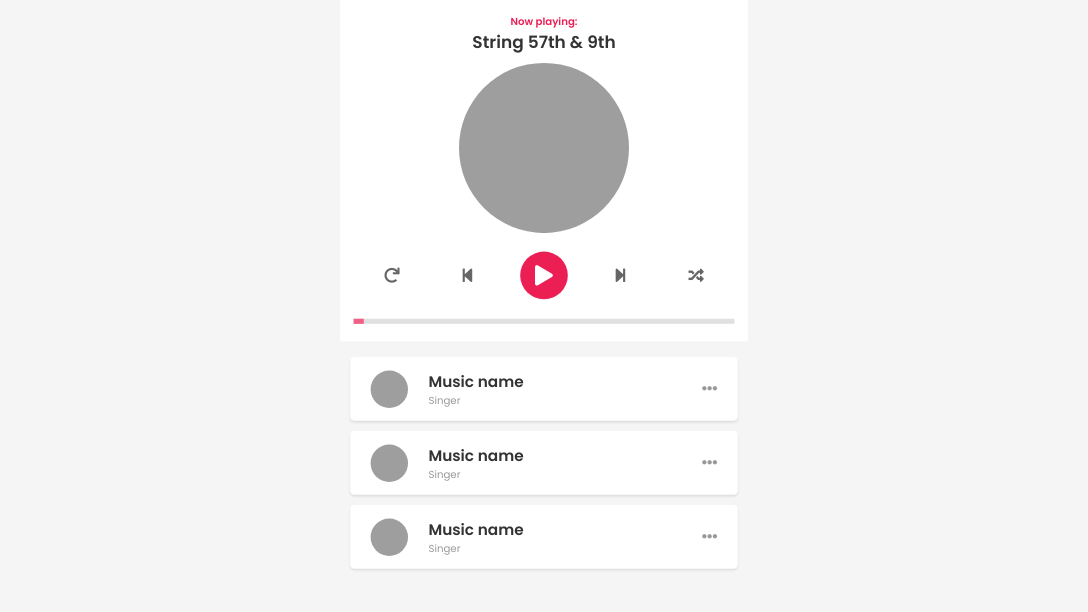
Repository: ahihison/MusicPlayer
Page: index.html
The author's editor kept a copy of each file at every save. The page is drawn from the files as they stood at one save, then again after a run of saves.
The browser window is 1280 px wide. The pictures show the whole page, at 85% of full size.
Pictures or frames that could not be fetched are drawn as grey boxes.

Above is the page before, as saved 2022-08-24 10:45:35.
Console error: SyntaxError: Unexpected token '}'

### index.html
<!DOCTYPE html>
<html lang="en">
<head>
    <meta charset="UTF-8">
    <meta http-equiv="X-UA-Compatible" content="IE=edge">
    <meta name="viewport" content="width=device-width, initial-scale=1.0">
    <title>Music player</title>
    <link rel="stylesheet" href="https://cdnjs.cloudflare.com/ajax/libs/font-awesome/5.15.2/css/all.min.css" integrity="sha512-HK5fgLBL+xu6dm/Ii3z4xhlSUyZgTT9tuc/hSrtw6uzJOvgRr2a9jyxxT1ely+B+xFAmJKVSTbpM/CuL7qxO8w==" crossorigin="anonymous" />
    <link rel="preconnect" href="https://fonts.gstatic.com">
    <link href="https://fonts.googleapis.com/css2?family=Poppins:wght@300;400;600&display=swap" rel="stylesheet">
    <link rel="stylesheet" href="./asetss/css/style.css">


</head>
<body>


<div class="player">
  <!-- Dashboard -->
  <div class="dashboard">
    <!-- Header -->
    <header>
      <h4>Now playing:</h4>
      <h2>String 57th & 9th</h2>
    </header>

    <!-- CD -->
    <div class="cd">
      <div class="cd-thumb" style="background-image: url('https://i.ytimg.com/vi/jTLhQf5KJSc/maxresdefault.jpg')">
      </div>
    </div>

    <!-- Control -->
    <div class="control">
      <div class="btn btn-repeat">
        <i class="fas fa-redo"></i>
      </div>
      <div class="btn btn-prev">
        <i class="fas fa-step-backward"></i>
      </div>
      <div class="btn btn-toggle-play">
        <i class="fas fa-pause icon-pause"></i>
        <i class="fas fa-play icon-play"></i>
      </div>
      <div class="btn btn-next">
        <i class="fas fa-step-forward"></i>
      </div>
      <div class="btn btn-random">
        <i class="fas fa-random"></i>
      </div>
    </div>

    <input id="progress" class="progress" type="range" value="0" step="1" min="0" max="100">

    <audio id="audio" src=""></audio>
  </div>

  <!-- Playlist -->
  <div class="playlist">
    <div class="song">
      <div class="thumb" style="background-image: url('https://i.ytimg.com/vi/jTLhQf5KJSc/maxresdefault.jpg')">
      </div>
      <div class="body">
        <h3 class="title">Music name</h3>
        <p class="author">Singer</p>
      </div>
      <div class="option">
        <i class="fas fa-ellipsis-h"></i>
      </div>
    </div>
    <div class="song">
      <div class="thumb" style="background-image: url('https://i.ytimg.com/vi/jTLhQf5KJSc/maxresdefault.jpg')">
      </div>
      <div class="body">
        <h3 class="title">Music name</h3>
        <p class="author">Singer</p>
      </div>
      <div class="option">
        <i class="fas fa-ellipsis-h"></i>
      </div>
    </div>
    <div class="song">
      <div class="thumb" style="background-image: url('https://i.ytimg.com/vi/jTLhQf5KJSc/maxresdefault.jpg')">
      </div>
      <div class="body">
        <h3 class="title">Music name</h3>
        <p class="author">Singer</p>
      </div>
      <div class="option">
        <i class="fas fa-ellipsis-h"></i>
      </div>
    </div>
  </div>
</div>
<link rel="stylesheet" href="./asetss/img/img1.jpg">
<!-- Design from: https://static.collectui.com/shots/3671744/musicloud-revolutionary-app-for-music-streaming-large -->
<script>
const $ = document.querySelector.bind(document);
const $$ = document.querySelectorAll.bind(document);
const app ={
  currrentIndex: 0,
  songs : [
      {
        name:'Nevada',
        singer:'Vicetone',
        path: './asetss/music/Song1.mp3',
        image:"./asetss/img/img1.jpg"
      },
      {
        name:'SummerTime',
        singer:'K-391',
        path: './asetss/music/Song2.mp3',
        image:"./asetss/img/img2.jpg"
      },
      {
        name:'TheRiver',
        singer:'Axel Johansson',
        path: './asetss/music/Song3.mp3',
        image:"./asetss/img/img3.jpg"
      },
      {
        name:'Reality',
        singer:'Lost Frequencies',
        path: './asetss/music/Song4.mp3',
        image:"./asetss/img/img4.jpg"
      },
      {
        name:'Loi Nho',
        singer:'Den Vau',
        path: './asetss/music/Song5.mp3',
        image:"./asetss/img/img5.jpg"
      },
      {
        name:'Noi Nay Co Anh',
        singer:'Son Tung',
        path: './asetss/music/Song6.mp3',
        image:"./asetss/img/img6.jpg"
      },
      {
        name:'Attention',
        singer:'Charlie Puth',
        path: './asetss/music/Song7.mp3',
        image:"./asetss/img/img7.jpg"
      },
      {
        name:'Alone',
        singer:'Alan Walker',
        path: './asetss/music/Song8.mp3',
        image:"./asetss/img/img8.jpg"
      },
      {
        name:'Mot Trieu Like',
        singer:'Den Vau',
        path: './asetss/music/Song9.mp3',
        image:"./asetss/img/img9.jpg"
      },
      {
        name:'We don\'t talk anymore',
        singer:'Charlie Puth',
        path: './asetss/music/Song10.mp3',
        image:"./asetss/img/img10.jpg"
      },




  ],

  render:function(){


    const htmls = this.songs.map(song =>{
      return` <div class="song">
      <div class="thumb" style="background-image: url('${song.image}')">
      </div>
      <div class="body">
        <h3 class="title">${song.name}</h3>
        <p class="author">${song.singer}</p>
      </div>
      <div class="option">
        <i class="fas fa-ellipsis-h"></i>
      </div>
    </div>`

    });
    $('.playlist').innerHTML = htmls.join('');



  },
  defineProperties :function(){
    Object.defineProperty(this,'currrentSong',{
      get: function()
      {return this.songs[this.currrentIndex]}
    })

  },
  loadCurrentSong :function(){
const header = $('header h2').


  },
  handleEvents :function(){
    const cd = $('.cd');
    const cdWidth = cd.offsetWidth;
    document.onscroll = function(){
       const scrollTop = window.scrollY || document.documentElement.scrollTop;

       const newCdWidth = cdWidth - scrollTop;
       cd.style.width = newCdWidth >0 ? newCdWidth + 'px' : 0;
       cd.style.opacity = newCdWidth / cdWidth;
    }

  },

  start: function(){
    // định nghĩa các thuộc tính cho object

    this.defineProperties();

    // Lắng nghe / xử lí các sự kiện (DOM events)
    this.handleEvents();
    //Tải Thông tin bài hát đầu tiên vào UI khi chạy ứng dụng
    this.loadCurrentSong();

    //Render Playlist
    this.render();

  },

}

app.start();

</script>
</body>
</html>

### asetss/css/style.css
:root {
    --primary-color: #ec1f55;
    --text-color: #333;
  }

  * {
    padding: 0;
    margin: 0;
    box-sizing: inherit;
  }

  body {
    background-color: #f5f5f5;
  }

  html {
    box-sizing: border-box;
    font-family: "Poppins", sans-serif;
  }

  .player {
    position: relative;
    max-width: 480px;
    margin: 0 auto;
  }

  .player .icon-pause {
    display: none;
  }

  .player.playing .icon-pause {
    display: inline-block;
  }

  .player.playing .icon-play {
    display: none;
  }

  .dashboard {
    padding: 16px 16px 14px;
    background-color: #fff;
    position: fixed;
    top: 0;
    width: 100%;
    max-width: 480px;
    border-bottom: 1px solid #ebebeb;
  }

  /* HEADER */
  header {
    text-align: center;
    margin-bottom: 10px;
  }

  header h4 {
    color: var(--primary-color);
    font-size: 12px;
  }

  header h2 {
    color: var(--text-color);
    font-size: 20px;
  }

  /* CD */
  .cd {
    display: flex;
    margin: auto;
    width: 200px;
  }

  .cd-thumb {
    width: 100%;
    padding-top: 100%;
    border-radius: 50%;
    background-color: #333;
    background-size: cover;
    margin: auto;
  }

  /* CONTROL */
  .control {
    display: flex;
    align-items: center;
    justify-content: space-around;
    padding: 18px 0 8px 0;
  }

  .control .btn {
    color: #666;
    padding: 18px;
    font-size: 18px;
  }

  .control .btn.active {
    color: var(--primary-color);
  }

  .control .btn-toggle-play {
    width: 56px;
    height: 56px;
    border-radius: 50%;
    font-size: 24px;
    color: #fff;
    display: flex;
    align-items: center;
    justify-content: center;
    background-color: var(--primary-color);
  }

  .progress {
    width: 100%;
    -webkit-appearance: none;
    height: 6px;
    background: #d3d3d3;
    outline: none;
    opacity: 0.7;
    -webkit-transition: 0.2s;
    transition: opacity 0.2s;
  }

  .progress::-webkit-slider-thumb {
    -webkit-appearance: none;
    appearance: none;
    width: 12px;
    height: 6px;
    background-color: var(--primary-color);
    cursor: pointer;
  }

  /* PLAYLIST */
  .playlist {
    margin-top: 408px;
    padding: 12px;
  }

  .song {
    display: flex;
    align-items: center;
    margin-bottom: 12px;
    background-color: #fff;
    padding: 8px 16px;
    border-radius: 5px;
    box-shadow: 0 2px 3px rgba(0, 0, 0, 0.1);
  }

  .song.active {
    background-color: var(--primary-color);
  }

  .song:active {
    opacity: 0.8;
  }

  .song.active .option,
  .song.active .author,
  .song.active .title {
    color: #fff;
  }

  .song .thumb {
    width: 44px;
    height: 44px;
    border-radius: 50%;
    background-size: cover;
    margin: 0 8px;
  }

  .song .body {
    flex: 1;
    padding: 0 16px;
  }

  .song .title {
    font-size: 18px;
    color: var(--text-color);
  }

  .song .author {
    font-size: 12px;
    color: #999;
  }

  .song .option {
    padding: 16px 8px;
    color: #999;
    font-size: 18px;
  }

After the next 15 saves:
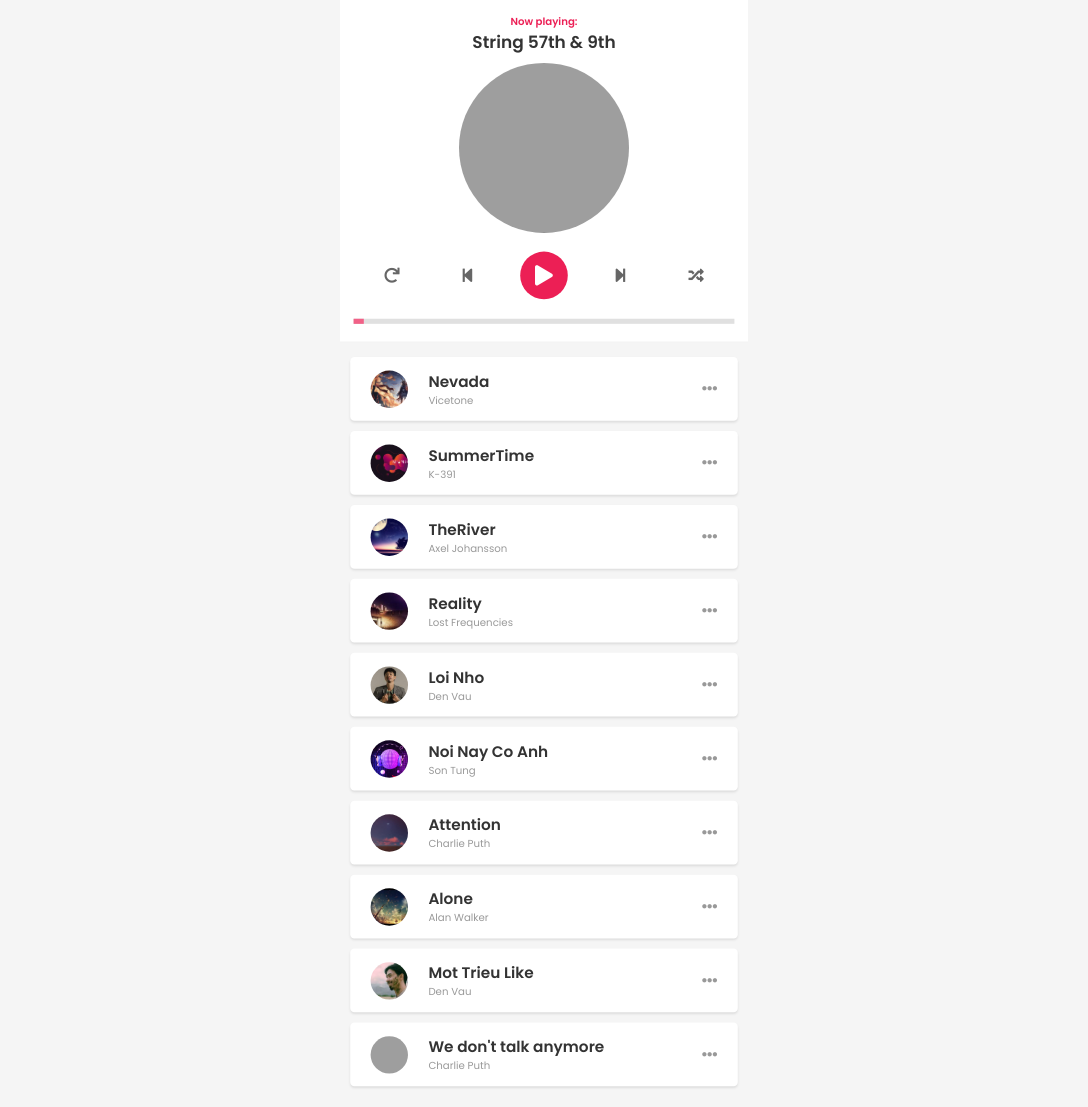
The error is gone.
The 15 saves are shown as one change because they came seconds apart.
The last was saved 25 s later.
--- a/index.html
+++ b/index.html
@@ -196,7 +196,9 @@ const app ={
 
   },
   loadCurrentSong :function(){
-const header = $('header h2').
+const header = $('header h2')
+const thumb = $('.cd-thumb')
+
 
 
   },
